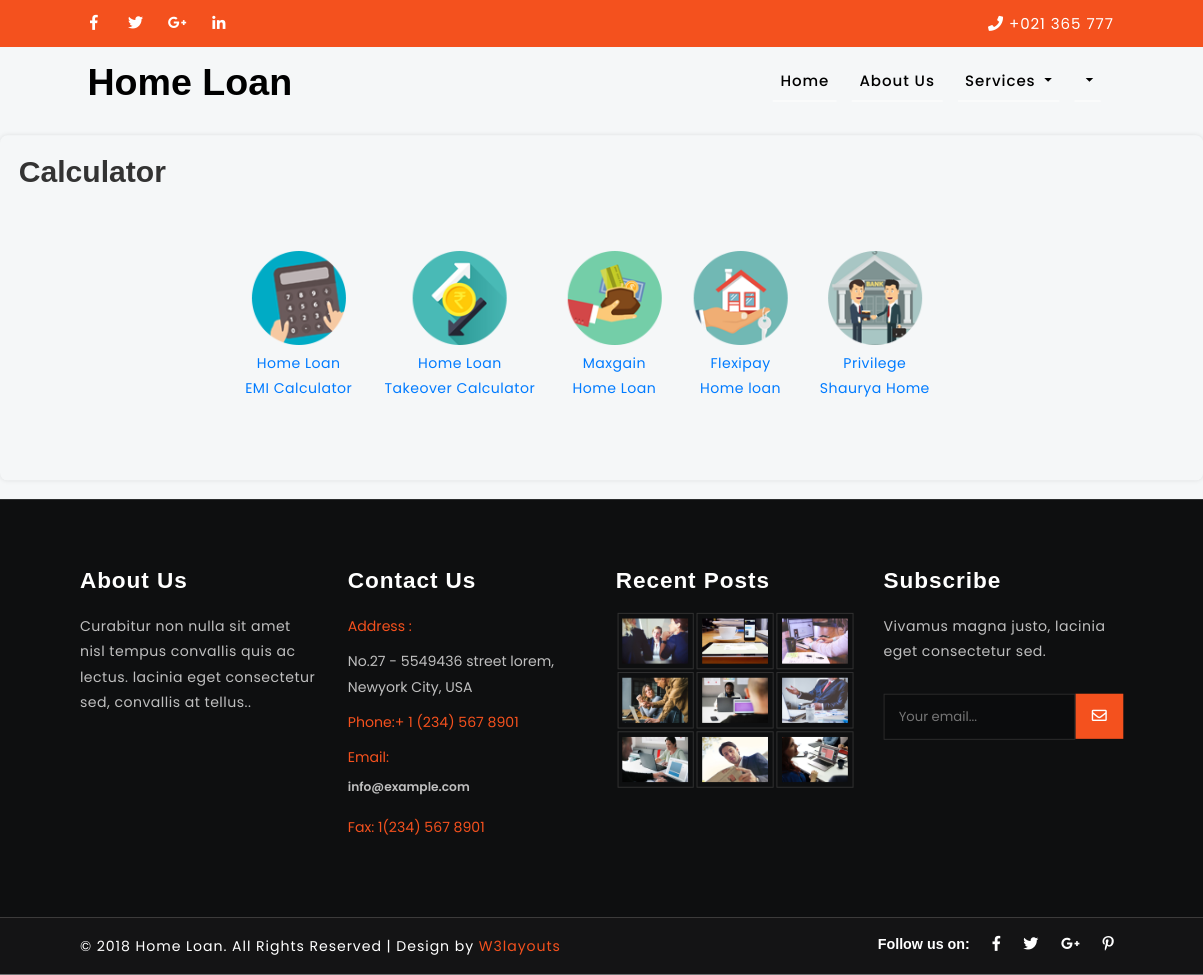
Repository: 72-faisal/Spring-MVC-project
Page: http://localhost/HomeLoan/WEB-INF/views/LoanCalculator.jsp
An editor plug-in stored every save of this project. The page is shown before and after the next save, followed by the edit.
The browser window is 1280 px wide. The pictures show the whole page, at 94% of full size.
Some web fonts or font styles are not loaded; a fallback is used. The page is served by Tomcat 9. Nobody is signed in. The template is opened directly, without the code that normally fills it, so the values that code supplies are empty.

Above is the page before, as saved 2023-12-28 07:56:57.

After the next save:
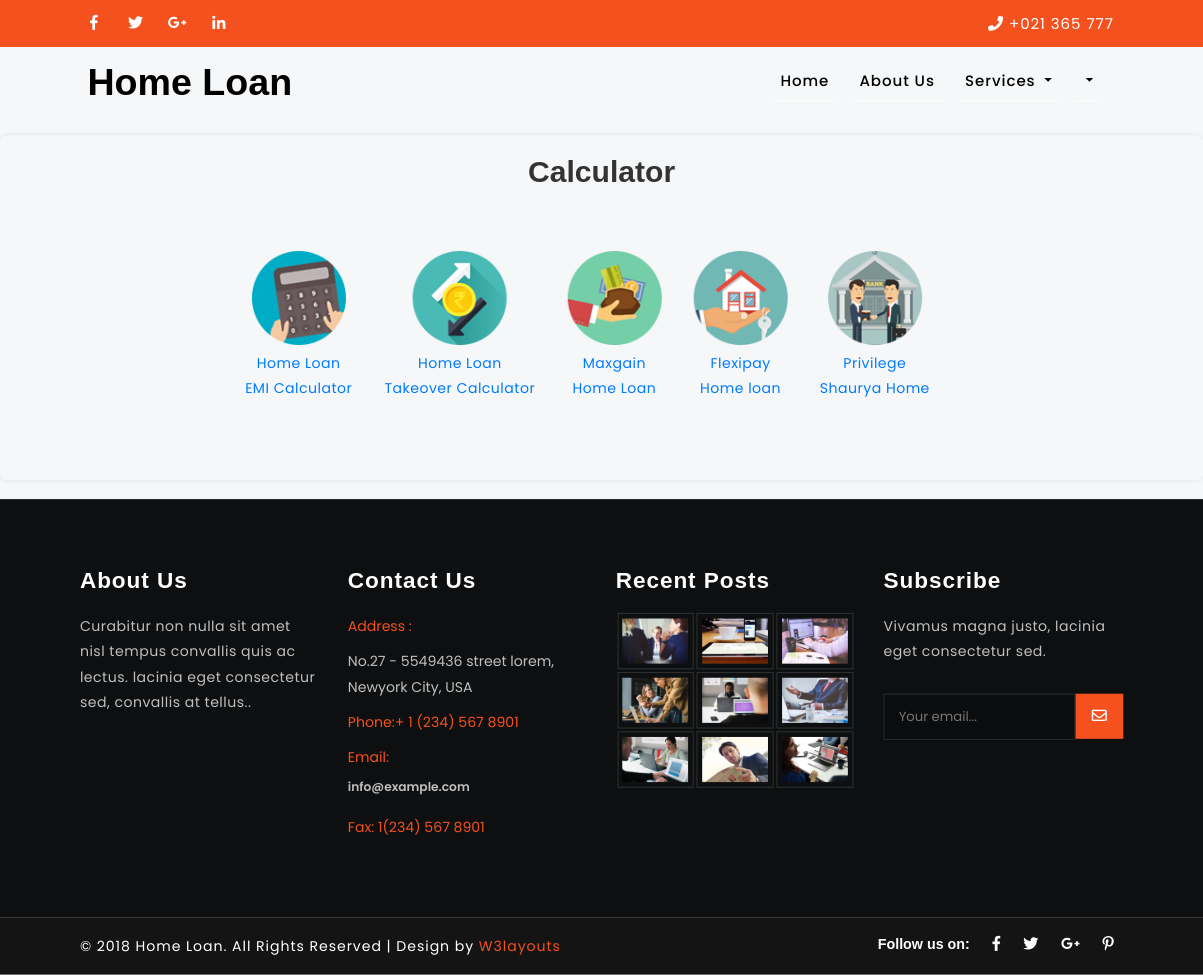
Saved 13 s later.
--- a/HomeLoan/src/main/webapp/WEB-INF/views/LoanCalculator.jsp
+++ b/HomeLoan/src/main/webapp/WEB-INF/views/LoanCalculator.jsp
@@ -208,8 +208,8 @@ SmartPhone Compatible web template, free WebDesigns for Nokia, Samsung, LG, Sony
 		<div
 			class="apply-online resp-tab-content hor_1 resp-tab-content-active"
 			aria-labelledby="hor_1_tab_item-2" style="display: block">
-			<h2>
-				<span style="text-align: center">Calculator</span>
+			<h2 style="text-align: center">
+				<span >Calculator</span>
 			</h2>
 			<ul>
 				<li>
